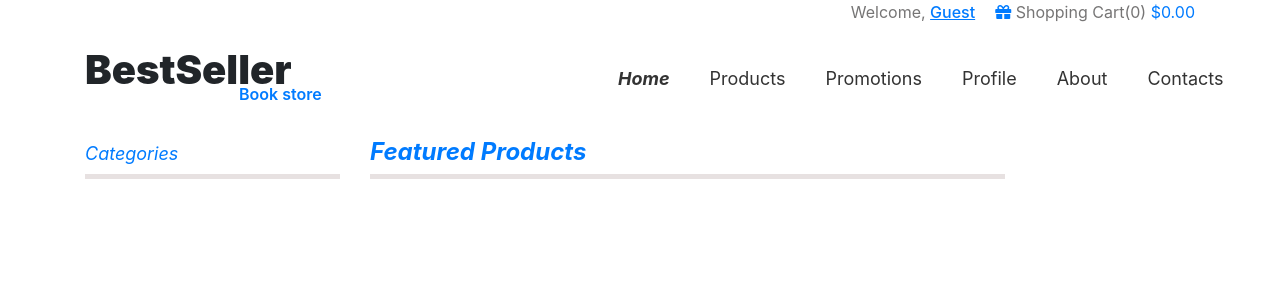
Repository: phunobi1807/BestSeller
Page: index.html
An editor plug-in stored every save of this project. The page is shown before and after the next save, followed by the edit.
The browser window is 1280 px wide. The pictures show the whole page.

Above is the page before, as saved 2021-06-28 23:04:40.

After the next save:
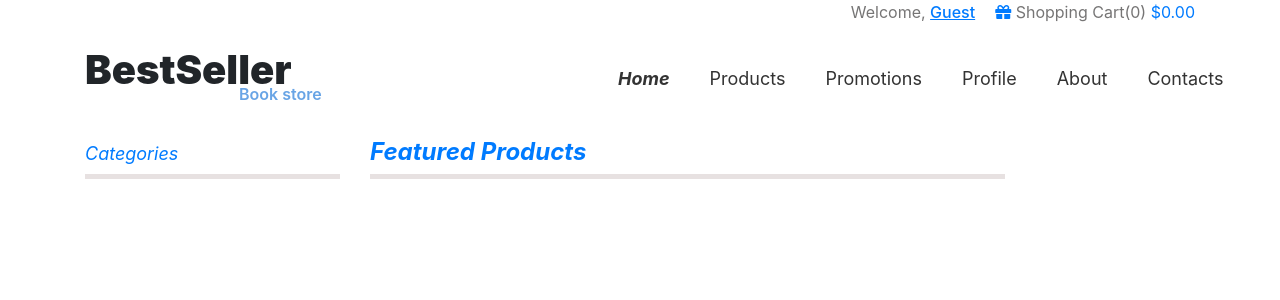
Saved 61 s later.
--- a/css/style.css
+++ b/css/style.css
@@ -53,7 +53,7 @@ html {
     bottom: 0;
     left: 44%;
     top: 70%;
-    color: var(--color-primary);
+    color: #68a4e5;
     font-weight: 600;
 }
 
